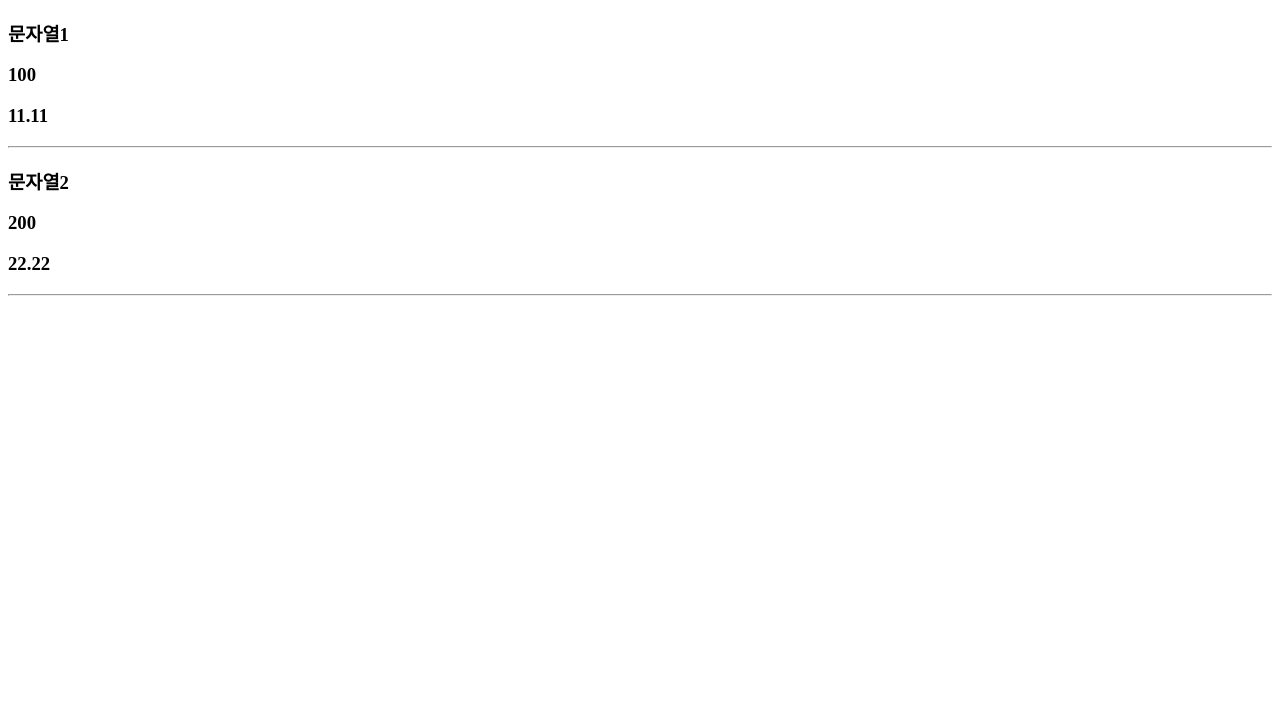
Repository: k5275645/vuePractice
Page: VueInstance/WebContent/index.html
These files come from the project's save history. The page is drawn as it stood at one moment and after the next save; the edit follows.
The browser window is 1280 px wide. The pictures show the whole page.
Some web libraries are served in a nearby version.

Above is the page before, as saved 2023-02-21 05:11:13.

### VueInstance/WebContent/index.html
<!DOCTYPE html>
<html>
<head>
<meta charset="UTF-8">
<title>Insert title here</title>
<script src="https://cdn.jsdelivr.net/npm/vue@2.7.14/dist/vue.js"></script>
<script>
	window.onload = function() {
		var test1 = new Vue({
			el : "#test1",
			data : {
				str1 : "문자열1",
				int1 : 100,
				float1: 11.11
			}
		})

		var test2 = new Vue({
			el : ".test2",
			data : {
				str2 : "문자열2",
				int2 : 200,
				float2: 22.22
			}
		})

		var test3 = new Vue({
			el : ".test3",
			data : {
				str3 : "문자열3",
				int3 : 300,
				float3: 33.33,
				boolean3 : true,
				array3 : [10,20,30],
				object3 : {
					a1 : 'a1문자열',
					a2 : 'a2문자열'
				}
			}
		})
	}
</script>
</head>
<body>
	<div id="test1">
		<h3>{{str1}}</h3>
		<h3>{{int1}}</h3>
		<h3>{{float1}}</h3>
	</div>
	<hr/>
	<div class="test2">
		<h3>{{str2}}</h3>
		<h3>{{int2}}</h3>
		<h3>{{float2}}</h3>
	</div>
	<hr/>
	<div class="test3">
		<h3>{{str3}}</h3>
		<h3>{{int3}}</h3>
		<h3>{{float3}}</h3>
		<h3>{{boolean3}}</h3>
		<h3>{{array3}}</h3>
		<h3>{{array3[0]}}</h3>
		<h3>{{array3[1]}}</h3>
		<h3>{{array3[2]}}</h3>
		<h3>{{obejct3}}</h3>
		<h3>{{obejct3.a1}}</h3>
		<h3>{{obejct3.a2}}</h3>
	</div>
</body>
</html>

After the next save:
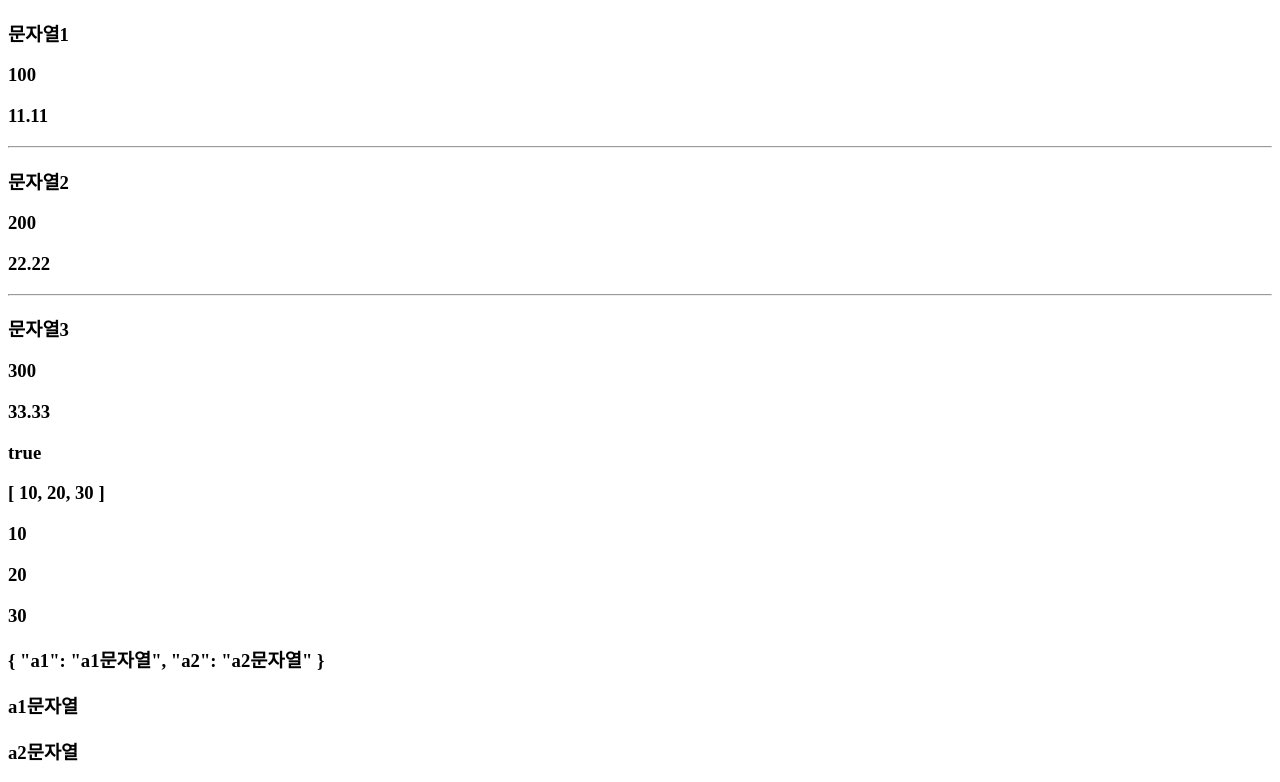
Saved 27 s later.
--- a/VueInstance/WebContent/index.html
+++ b/VueInstance/WebContent/index.html
@@ -63,9 +63,9 @@
 		<h3>{{array3[0]}}</h3>
 		<h3>{{array3[1]}}</h3>
 		<h3>{{array3[2]}}</h3>
-		<h3>{{obejct3}}</h3>
-		<h3>{{obejct3.a1}}</h3>
-		<h3>{{obejct3.a2}}</h3>
+		<h3>{{object3}}</h3>
+		<h3>{{object3.a1}}</h3>
+		<h3>{{object3.a2}}</h3>
 	</div>
 </body>
 </html>
